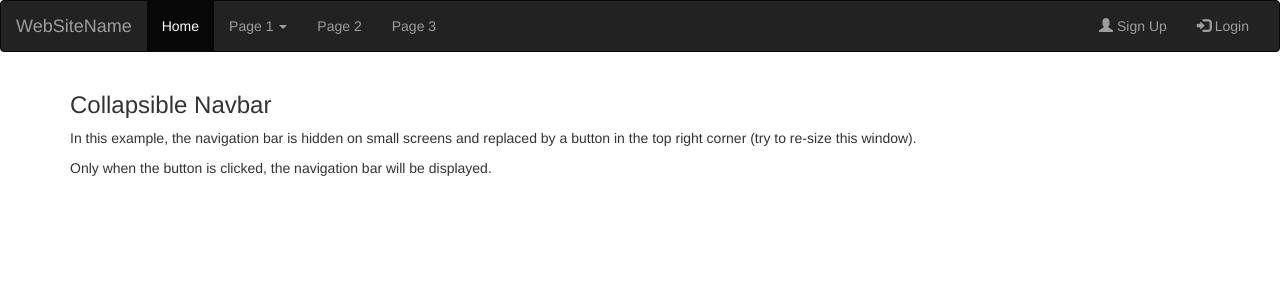
Repository: prathmeshgodbole/Web_Development
Page: Mobile_tracker/Installation.html
The author's editor kept a copy of each file at every save. The page is drawn from the files as they stood at one save, then again after the next save.
The browser window is 1280 px wide. The pictures show the whole page.

Above is the page before, as saved 2020-03-08 12:11:13.

After the next save:
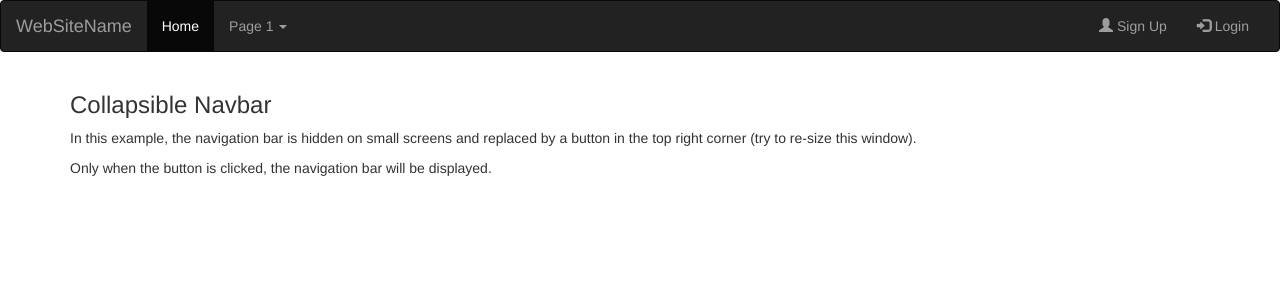
Saved 109 s later.
--- a/Mobile_tracker/Installation.html
+++ b/Mobile_tracker/Installation.html
@@ -27,14 +27,9 @@
                     <li class="active"><a href="#">Home</a></li>
                     <li class="dropdown">
                         <a class="dropdown-toggle" data-toggle="dropdown" href="#">Page 1 <span class="caret"></span></a>
-                        <ul class="dropdown-menu">
-                            <li><a href="#">Page 1-1</a></li>
-                            <li><a href="#">Page 1-2</a></li>
-                            <li><a href="#">Page 1-3</a></li>
-                        </ul>
+
                     </li>
-                    <li><a href="#">Page 2</a></li>
-                    <li><a href="#">Page 3</a></li>
+
                 </ul>
                 <ul class="nav navbar-nav navbar-right">
                     <li><a href="#"><span class="glyphicon glyphicon-user"></span> Sign Up</a></li>
